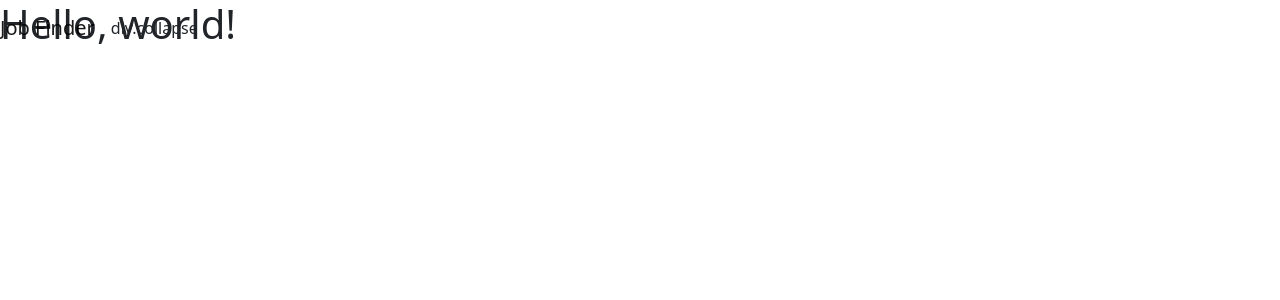
Repository: doncsar/couse-jobfinder-app
Page: templates/index.html
The author's editor kept a copy of each file at every save. The page is drawn from the files as they stood at one save, then again after the next save.
The browser window is 1280 px wide. The pictures show the whole page.

Above is the page before, as saved 2023-12-17 10:50:08.

After the next save:
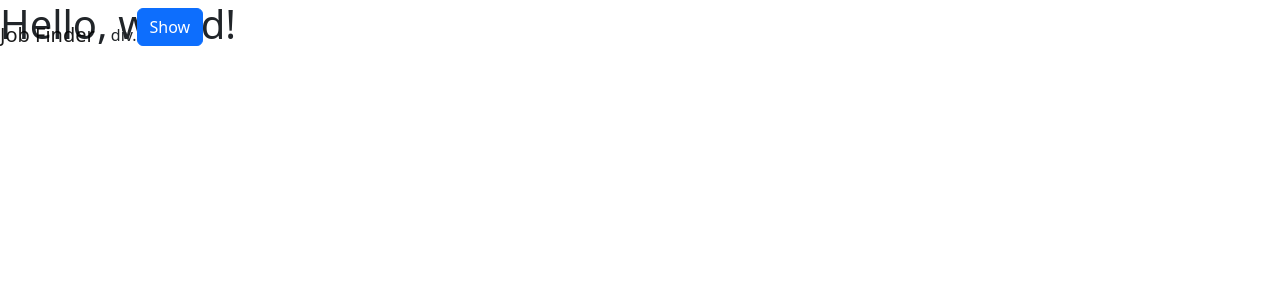
Saved 5 s later.
--- a/templates/index.html
+++ b/templates/index.html
@@ -14,7 +14,19 @@
         <button class="navbar-toggler" type="button" data-toggle="collapse" data-target="#navbarNav" aria-controls="navbarNav" aria-expanded="false" aria-label="Toggle navigation ">
           <span class="navbar-toggle-icon"></span>
         </button>
-        div.collapse
+        div.<p>
+          <a
+            class="btn btn-primary"
+            data-bs-toggle="collapse"
+            href="#contentId"
+            aria-expanded="false"
+            aria-controls="contentId"
+          >
+            Show
+          </a>
+        </p>
+        <div class="collapse" id="contentId"></div>
+
        </nav>
      </header>
     <h1>Hello, world!</h1>
